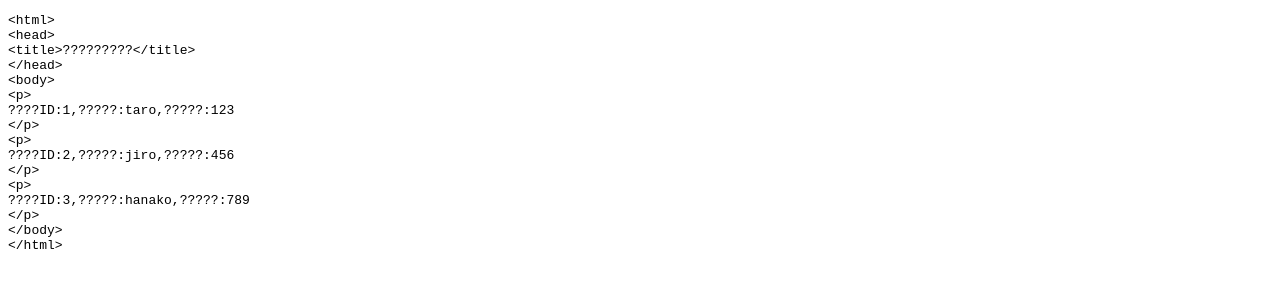
Repository: maifujii/test
Page: http://localhost/HelloServlet/MySQLServlet
The author's editor kept a copy of each file at every save. The page is drawn from the files as they stood at one save, then again after the next save.
The browser window is 1280 px wide. The pictures show the whole page.
The page is served by Tomcat 9. Other server files are loaded and not shown. The database holds what the project's SQL file puts in it.

Above is the page before, as saved 2018-07-09 10:50:02.

### HelloServlet/src/MySQLServlet.java


import java.io.IOException;
import java.io.PrintWriter;
import java.sql.Connection;
import java.sql.DriverManager;
import java.sql.ResultSet;
import java.sql.SQLException;
import java.sql.Statement;

import javax.servlet.ServletException;
import javax.servlet.annotation.WebServlet;
import javax.servlet.http.HttpServlet;
import javax.servlet.http.HttpServletRequest;
import javax.servlet.http.HttpServletResponse;

@WebServlet("/MySQLServlet")
public class MySQLServlet extends HttpServlet {
    public MySQLServlet() {
        super();
    }

	protected void doGet(HttpServletRequest request, HttpServletResponse response) throws
	ServletException, IOException {
		request.setCharacterEncoding("UTF-8");
		response.setContentType("text/html); charset=utf-8");

		PrintWriter out=response.getWriter();

		out.println("<html>");
		out.println("<head>");
		out.println("<title>データベーステスト</title>");
		out.println("</head>");
		out.println("<body>");

		Connection conn=null;
		String url="jdbc:mysql://localhost/testdb";
		String user="root";
		String password="mysql";

		try{
			Class.forName("com.mysql.jdbc.Driver").newInstance();
			conn=DriverManager.getConnection(url, user, password);

			Statement stmt=conn.createStatement();
			String sql="select * from test_table";
			ResultSet rs=stmt.executeQuery(sql);

			while(rs.next()){
				int userId=rs.getInt("user_id");
				String userName=rs.getString("user_name");
				String userPassword=rs.getString("password");

				out.println("<p>");
				out.println("ユーザーID:"+userId+",ユーザー名:"+userName+",パスワード:"+userPassword);
				out.println("</p>");
			}

			rs.close();
			stmt.close();
		}catch (ClassNotFoundException e){
			out.println("ClassNotFoundException:"+e.getMessage());
		}catch (SQLException e){
			out.println("EQLException:"+e.getMessage());
		}catch(Exception e){
			out.println("Exception:"+e.getMessage());
		}finally{
			try{
				if(conn !=null){
					conn.close();
				}
			}catch (SQLException e){
				out.println("SQLException:"+e.getMessage());
			}
		}

out.println("</body>");
out.println("</html>");

	}

}

### HelloServlet/sql/testdb.sql (the tables this page reads)
create table test_table(
user_id int,
user_name varchar(255),
password varchar(255)
);

insert into test_table values(1,"taro","123");

insert into test_table values(2,"jiro","456");

insert into test_table values(3,"hanako","789");

After the next save:
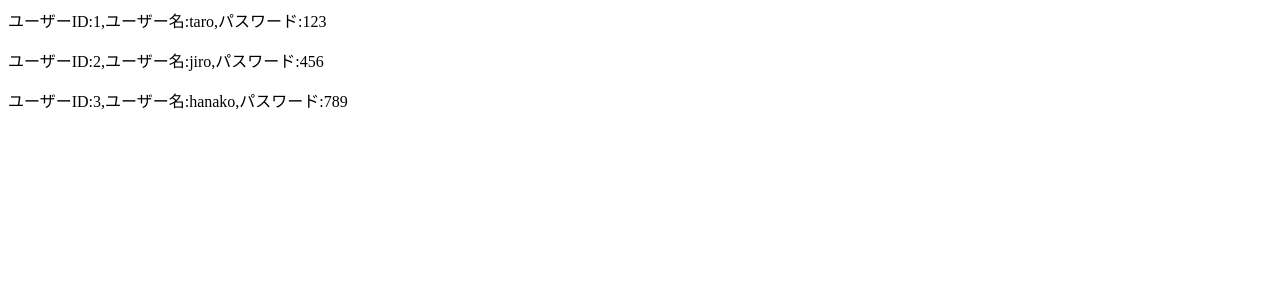
Saved 11 min 28 s later.
--- a/HelloServlet/src/MySQLServlet.java
+++ b/HelloServlet/src/MySQLServlet.java
@@ -23,7 +23,7 @@ public class MySQLServlet extends HttpServlet {
 	protected void doGet(HttpServletRequest request, HttpServletResponse response) throws
 	ServletException, IOException {
 		request.setCharacterEncoding("UTF-8");
-		response.setContentType("text/html); charset=utf-8");
+		response.setContentType("text/html; charset=utf-8");
 
 		PrintWriter out=response.getWriter();
 
